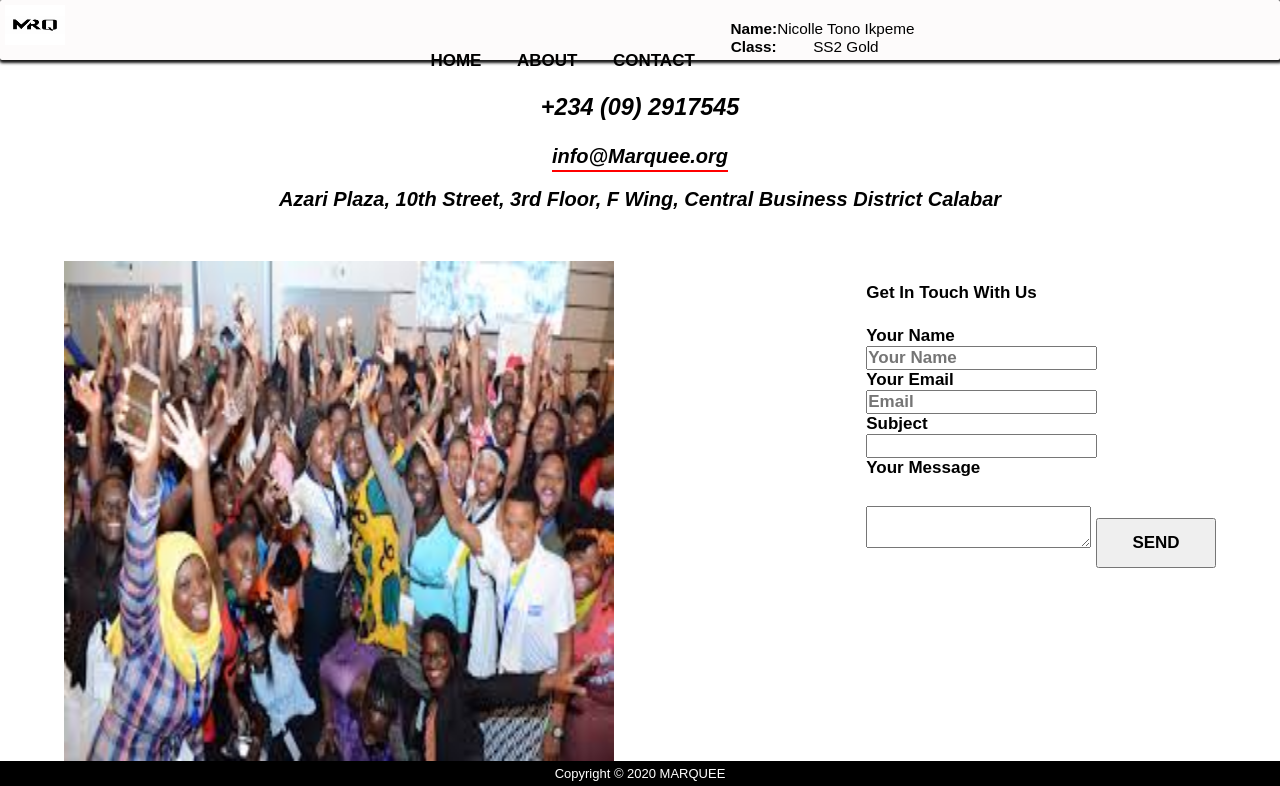
Repository: pboi18/Marquee.org
Page: contact.html
The author's editor kept a copy of each file at every save. The page is drawn from the files as they stood at one save, then again after the next save.
The browser window is 1280 px wide. The pictures show the whole page.

Above is the page before, as saved 2020-07-11 21:32:54.

### contact.html
<!DOCTYPE html>
<html>
    <head>
        <meta charset="utf-8">
        <link rel="icon" type="image/png" sizes="16x16" href="img/logo.png">
        <title>Marquee</title>

        <link rel="stylesheet" href="style.css" >
        <link rel="stylesheet" href="normalize.css" >


    </head>

    <body>
            <nav class="main">

                    <div class="navbar2">

                        <img src="img/logo.png" alt="MARQUEE" class="logo">

                        <ul class="main-nav">
                            <li>
                                <a href="home.html">
                                    Home
                                </a>
                            </li>

                            <li>
                                <a href="about.html">
                                    ABOUT
                                </a>
                            </li>

                            <li>
                                <a href="contact.html">
                                    CONTACT
                                </a>
                            </li>

                            <li>
                                <table class="id">
                                    <tr>
                                        <th>Name:</th>
                                        <td> Nicolle Tono Ikpeme</td>
                                    </tr>

                                    <tr>
                                        <th>Class:</th>
                                        <td> SS2 Gold</td>
                                    </tr>

                                </table>
                            </li>

                        </ul>





                </div>

            </nav>

            <div class="con">
                <div class="contact">
                    <address>
                        <h3>+234 (09) 2917545</h3>
                        <a href="info@Marquee.org" style="text-decoration: none; color: black;
                        font-weight: bold; border-bottom: 2px solid red; padding-bottom: 3px;">
                            info@Marquee.org
                        </a><br>
                        <p style="font-weight: bold;">Azari Plaza, 10th Street, 3rd Floor, F Wing, Central Business District Calabar</p>
                    </address>
                </div>


                <div style="height: 500px;">
                    <img src="img/images.jpg" alt="Happy women" class="image span-1-of-2">

                    <form class="form2 span-1-of-2">
                        <h4 >Get In Touch With Us</h4>
                        <label>Your Name </label>
                        <input type="text" name="Name" placeholder="Your Name" required >
                        <label>Your Email</label>
                        <input type="email"  placeholder="Email" required >
                        <label>Subject</label>
                        <input type="text" >
                        <label>Your Message</label>
                        <textarea ></textarea>
                        <!-- <input type="submit" value="SEND" name="send" style="margin-top: 40px;"> -->

                        <button type="submit" style="margin-top: 40px; width: 120px; height: 50px;">SEND</button>

                    </form>

                </div>
            </div>

        <footer>
            <P style="color: white; text-align: center; margin: 0; font-size: small; padding: 5px;">
                Copyright &copy; 2020 MARQUEE
            </P>
        </footer>
    </body>
</html>

### style.css
* {
    margin: o;
    padding: 0;
    box-sizing: border-box;
}

html {
    background-color: #fff;
    max-width: 100%;
    font-size: 20px;
    font-weight: 300;
    font-family: Arial, Helvetica, sans-serif;
    text-rendering: optimizeLegibility;
}



h1 {
    margin: 0;
}

label {
    display: block;
}

/* header {
    background-image: linear-gradient( rgba(0, 0, 0, 0.4), rgba(0, 0, 0, 0.4)), url(img/home.jpg);
    height: 100vh;
    background-size: cover;
    background-position: center;
} */


.logo {
    height: 40px;
    width: 60px;
    float: left;
    margin: 5px;
}

.main-nav {
    list-style: none;
    margin: auto;
    margin-top: 10px;
    text-align: center;


}

.main-nav li {
    display: inline-block;
    margin: 10px 15px;
    font-size: 85%;

}

.main-nav li a:link,
.main-nav li a:visited {
    color: #000;
    text-decoration: none;
    text-transform: uppercase;
    font-weight: bold;
    padding: 3px 0px;
    border-bottom: 3px solid transparent;
    transition: border-bottom 0.2s;
}

.main-nav li a:hover,
.main-nav li a:active {
    border-bottom: 3px solid rgb(158, 0, 0);
}
.id {
    float: right;
    margin-right: 5px;
    display: inline-table;
    /* margin: auto; */
    /* position: inherit; */
    /* top: 1%; */
    /* right: 2%; */
    padding: 10px;
    font-size: 90%;

}

.navbar {
    height: 50px;
    width: 100%;
    display: inline-block;
    border-radius: 2px;
    box-shadow: 0px 3px -1px 2px rgb(190, 189, 189);
    position: fixed;
    background-color: rgb(253, 251, 251);
}

.navbar2 {
    height: 60px;
    width: 100%;
    display: inline-block;
    border-radius: 2px;
    box-shadow: 1px 1px 3px 2px rgb(20, 20, 20);
    /* position: fixed; */
    background-color: rgb(253, 251, 251);
}

.numb {
    border: solid 5px rgb(63, 62, 62);
    text-align: center;
    width: 40px;
    height: 30px;
    align-self: center;
    border-radius: 50%;
    margin: auto;
    background-color: rgb(63, 62, 62);
    color: white;
}
.wup {
    padding-top: 10px;

    background: linear-gradient(180deg, #DF2828 5.21%, rgba(223, 40, 40, 0.427083) 55.73%, rgba(223, 40, 40, 0.427083) 64.06%, rgba(223, 40, 40, 0.427083) 73.44%, rgba(222, 17, 17, 0.427083) 100%, rgba(170, 77, 77, 0) 100%);
}

.cover {
    border-radius: 5px;
    margin: auto;
}

.sec {
    background-color: black;
    height: 250px;
    width: 100%;
    text-align: center;
}



main {
    /* width: 1000px; */
    margin: auto;
}

.con {
    width: 90%;
    margin: auto;
    ;

}
.contact {
    text-align: center;
    margin: auto;
    margin-bottom: 50px;
}
.image {
    width: 550px;
    height: 500px;
    float: left;
}

.form2 {
    float: right;
    text-align: left;
    font-size: 85%;
    font-weight: bold;
}

footer {
    background-color: #000;
}

Loaded but not shown: normalize.css (library)

After the next save:
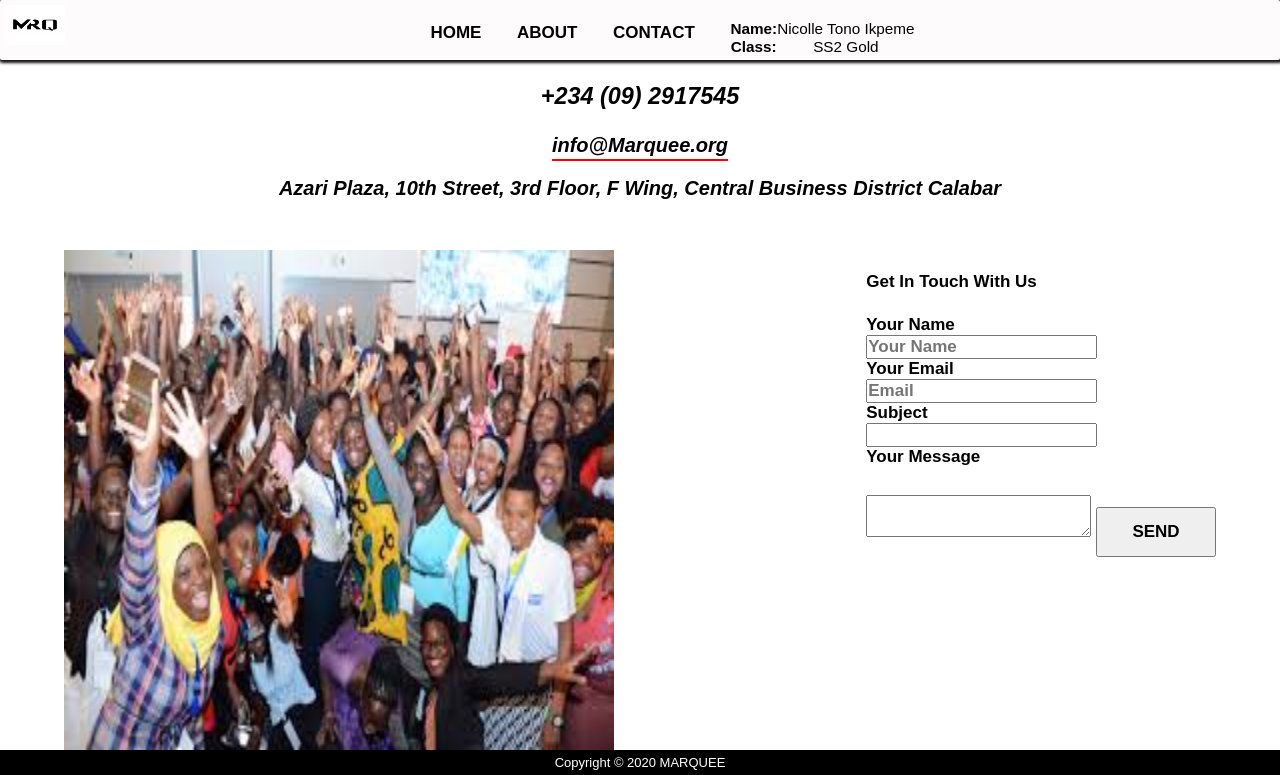
Saved 10 s later.
--- a/style.css
+++ b/style.css
@@ -70,7 +70,7 @@ label {
     border-bottom: 3px solid rgb(158, 0, 0);
 }
 .id {
-    float: right;
+    /* float: right; */
     margin-right: 5px;
     display: inline-table;
     /* margin: auto; */
